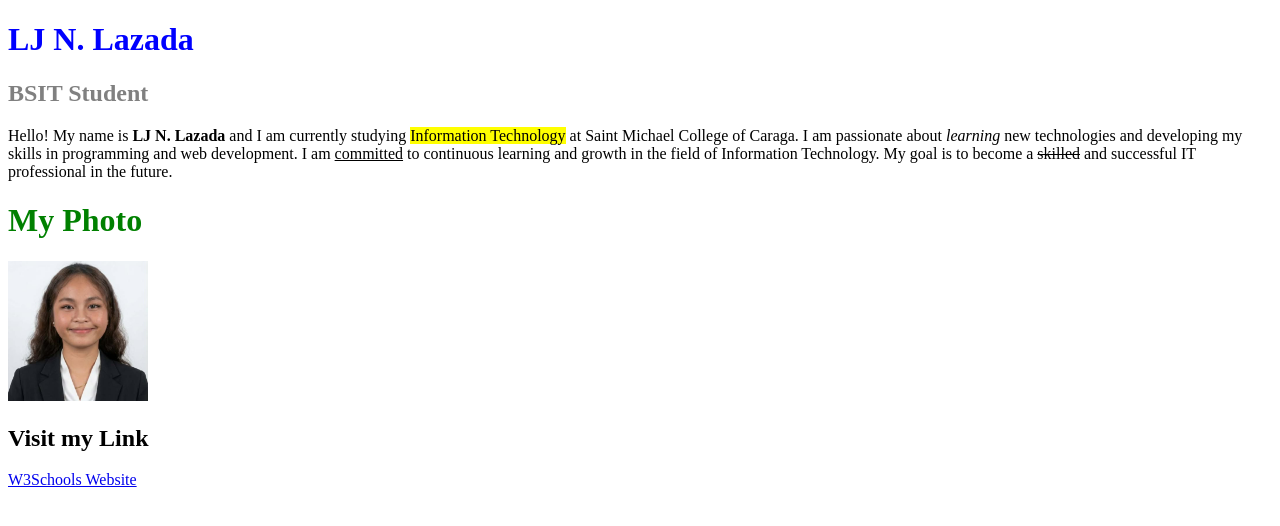
Repository: ljlazada11/myfirsthtml
Page: index.html
These files come from the project's save history. The page is drawn as it stood at one moment and after the next save; the edit follows.
The browser window is 1280 px wide. The pictures show the whole page.

Above is the page before, as saved 2026-06-24 19:25:13.

### index.html
<!DOCTYPE html>
<html lang="en">
<head>
    <meta charset="UTF-8">
    <meta name="viewport" content="width=device-width, initial-scale=1.0">
    <title>My Personal Web Profile</title>
    <link rel="icon" type="image/x-icon" href="images.png">

</head>
<body>
    <h1 style="color:blue;">LJ N. Lazada</h1>
    <h2 style="color:gray;">BSIT Student</h2>
    <p>Hello! My name is <strong>LJ N. Lazada</strong> and I am currently studying <mark>Information Technology</mark> at Saint Michael College of Caraga. I am passionate about <i>learning</i> new technologies and developing my skills in programming and web development. I am <ins>committed</ins> to continuous learning and growth in the field of Information Technology. My goal is to become a <del>skilled</del> and successful IT professional in the future.</p>
</body>
    <h1 style="color:green;">My Photo</h1>
    <img src="pic.jpg" alt="My	Profile	Picture" width="140" height="140">
    <h2> Visit my Link</h2><a href="https://www.w3schools.com" target="_blank">W3Schools	Website</a>
</html>

After the next save:
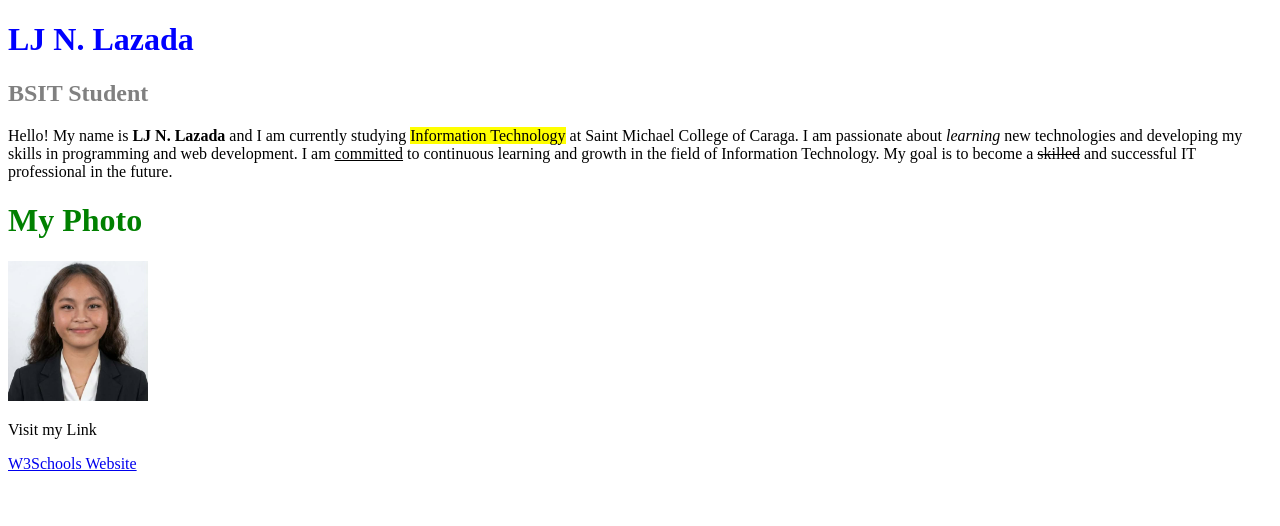
Saved 36 s later.
--- a/index.html
+++ b/index.html
@@ -14,5 +14,5 @@
 </body>
     <h1 style="color:green;">My Photo</h1>
     <img src="pic.jpg" alt="My	Profile	Picture" width="140" height="140">
-    <h2> Visit my Link</h2><a href="https://www.w3schools.com" target="_blank">W3Schools	Website</a>
+    <p> Visit my Link</p><a href="https://www.w3schools.com" target="_blank">W3Schools	Website</a>
 </html>
